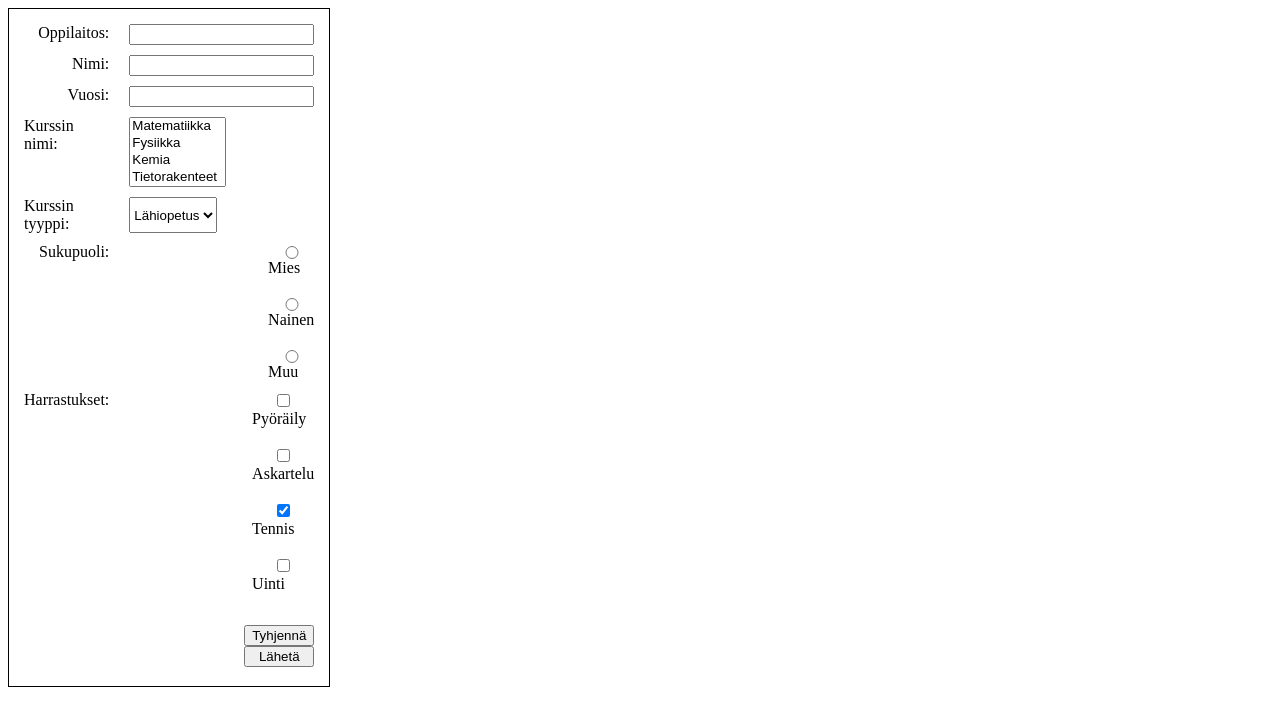
Repository: Niina-Maria/tehtavat-12-17-Niina-Maria2
Page: teht16.html
These files come from the project's save history. The page is drawn as it stood at one moment and after the next save; the edit follows.
The browser window is 1280 px wide. The pictures show the whole page.

Above is the page before, as saved 2024-11-20 13:20:51.

After the next save:
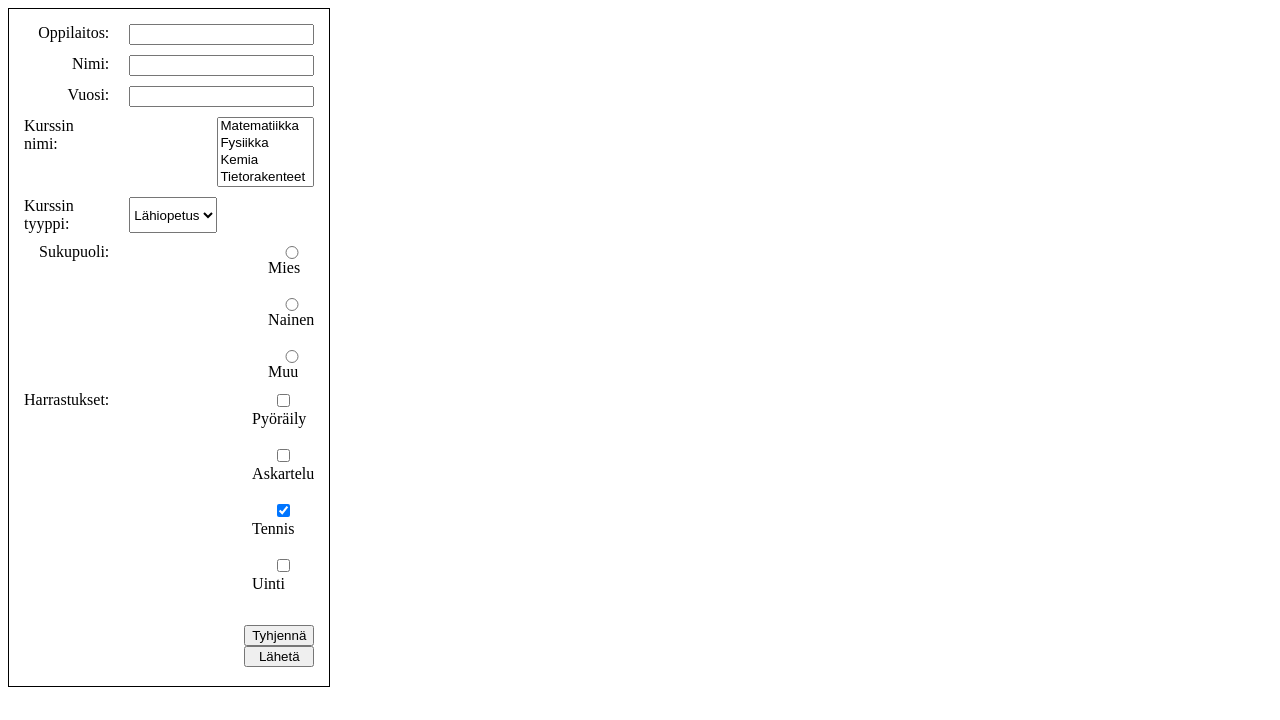
Saved 11 s later.
--- a/teht16.css
+++ b/teht16.css
@@ -72,7 +72,7 @@
 
 .taulukko .a8 {
     grid-column: span 1;
-    justify-content: left;
+    justify-content: right;
     margin-left: 10px;
     border: 1 px solid black;
 }
